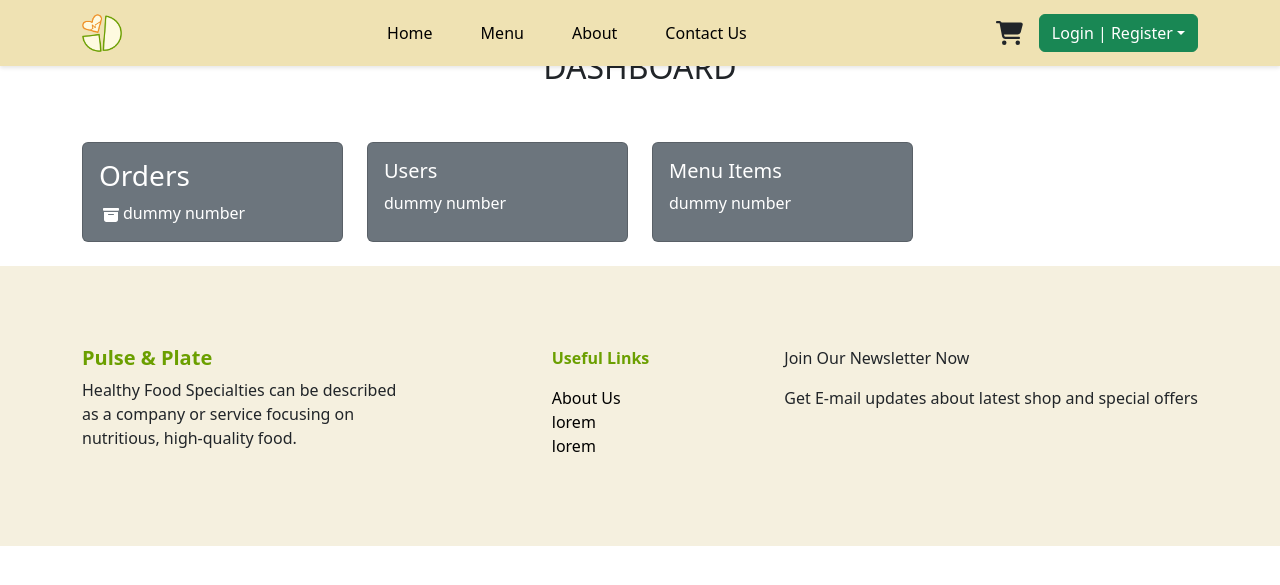
Repository: zeinawady/Pulse-and-Plate
Page: /dashboard
The author's editor kept a copy of each file at every save. The page is drawn from the files as they stood at one save, then again after a run of saves.
The browser window is 1280 px wide. The pictures show the whole page.
The project was rebuilt for these pictures with package versions that can differ from the ones it lists, and the page was loaded fresh each time. Also part of the build but not shown: src/components/Main/Main.css, src/components/Main/Main.js, src/components/Menu/MealCard.css, src/components/Menu/MealCard.js, src/components/Menu/Categories.css, src/components/Menu/Categories.js, src/components/Menu/Menu.css, src/components/Menu/Menu.js and 21 more.

Above is the page before, as saved 2025-05-15 18:49:29.

### public/index.html
<!DOCTYPE html>
<html lang="en">
  <head>
    <meta charset="utf-8" />
    <link rel="icon" href="%PUBLIC_URL%/images/logo-trans.png" />
    <meta name="viewport" content="width=device-width, initial-scale=1" />
    <meta name="theme-color" content="#000000" />
    <meta
      name="description"
      content="Web site created using create-react-app"
    />
    <link rel="apple-touch-icon" href="%PUBLIC_URL%/images/logo-trans.png" />
    <!--
      manifest.json provides metadata used when your web app is installed on a
      user's mobile device or desktop. See https://developers.google.com/web/fundamentals/web-app-manifest/
    -->
    <link rel="manifest" href="%PUBLIC_URL%/manifest.json" />
    <!--
      Notice the use of %PUBLIC_URL% in the tags above.
      It will be replaced with the URL of the `public` folder during the build.
      Only files inside the `public` folder can be referenced from the HTML.

      Unlike "/favicon.ico" or "favicon.ico", "%PUBLIC_URL%/favicon.ico" will
      work correctly both with client-side routing and a non-root public URL.
      Learn how to configure a non-root public URL by running `npm run build`.
    -->
    <title>Pulse And Plate</title>
  </head>
  <body>
    <noscript>You need to enable JavaScript to run this app.</noscript>
    <div id="root"></div>
    <!--
      This HTML file is a template.
      If you open it directly in the browser, you will see an empty page.

      You can add webfonts, meta tags, or analytics to this file.
      The build step will place the bundled scripts into the <body> tag.

      To begin the development, run `npm start` or `yarn start`.
      To create a production bundle, use `npm run build` or `yarn build`.
    -->
  </body>
</html>

### src/index.js
import React from 'react';
import ReactDOM from 'react-dom/client';
import './index.css';
import App from './App';
import reportWebVitals from './reportWebVitals';
import 'bootstrap/dist/css/bootstrap.min.css';
import '@fortawesome/fontawesome-free/css/all.min.css';
import 'bootstrap/dist/css/bootstrap.min.css';
import './fontAwesome';
import { BrowserRouter } from 'react-router-dom';

const root = ReactDOM.createRoot(document.getElementById('root'));
root.render(
  <React.StrictMode>
    <BrowserRouter>
      <App />
    </BrowserRouter>
  </React.StrictMode>
);

// If you want to start measuring performance in your app, pass a function
// to log results (for example: reportWebVitals(console.log))
// or send to an analytics endpoint. Learn more: https://bit.ly/CRA-vitals
reportWebVitals();

### src/App.js
import React from "react";
import "./App.css";
import Home from "./components/Home/Home";
import Footer from "./components/Footer/Footer";
import { Routes, Route } from "react-router-dom";

import Header from "./components/Header/Header";
import About from "./components/About/About";
import Menu from "./components/Menu/Menu";
import ContactUs from "./components/ContactUs/ContactUs";
import Login from "./components/Login/Login";
import SignUp from "./components/SignUp/SignUp";
import UserProfile from "./components/UserProfile/UserProfile";
import { UserProvider } from "./UserContext";
import ProductInfo from "./components/ProductInfo/ProductInfo";
import PaymentPage from "./components/PaymentPage/PaymentPage";
import AdminProfile from "./components/AdminProfile/AdminProfile";
import Dashboard from "./components/Dashboard/Dashboard";

function App() {
  return (
    <UserProvider>
      <div>
        <Header />
        <Routes>
          <Route path="/" element={<Home />} />
          <Route path="/home" element={<Home />} />
          <Route path="/about" element={<About />} />
          <Route path="/menu" element={<Menu />} />
          <Route path="/category" element={<Menu />} />
          <Route path="/login" element={<Login />} />
          <Route path="/register" element={<SignUp />} />
          <Route path="/userAccount" element={<UserProfile />} />
          <Route path="/contactus" element={<ContactUs />} />
          <Route path="/product-info" element={<ProductInfo />} />
          <Route path="/PaymentPage" element={<PaymentPage />} />
          <Route path="/admin-profile" element={<AdminProfile />} />
          <Route path="/dashboard" element={<Dashboard />} />
        </Routes>

        <Footer />
      </div>
    </UserProvider>
  );
}

export default App;

### src/fontAwesome.js
// src/fontAwesome.js
import { library } from '@fortawesome/fontawesome-svg-core';
import {
    faUser,
    faCartShopping,
    faHome,
    faEnvelope,
    faSearch,
    faConciergeBell,
     faPercent,
     faTruckFast,
     faCarrot,
    // Add any other icons you need here
} from '@fortawesome/free-solid-svg-icons';

// Add icons to the library
library.add(
    faUser,
    faCartShopping,
    faHome,
    faEnvelope,
    faSearch,
    faConciergeBell,
    faPercent,
    faTruckFast,
    faCarrot,

    // Add any other icons you need here
);

### src/App.css
@font-face {
  font-family: "Lato";
  src: url("../public/Fonts/Lato/Lato-Black.ttf") format("truetype");
}

:root {
  --primary-color: #6b9f00;
  --secondary-color: #ef9025;
  --light-color: hsl(47, 66%, 82%);
  --text-color: #000000;
  --font-family: "Lato", sans-serif;
  --sections-padding: 5rem;
}

body {
  margin: 0;
  padding: 0;
  border: none !important;
  outline: none !important;
  font-family: var(--font-family);
  font-weight: 500;
  -webkit-font-smoothing: antialiased;
  -moz-osx-font-smoothing: grayscale;
  background-color: #eee;

}
a{
  text-decoration: none;
}

### src/components/Footer/Footer.js
import "../../App";

import "./Footer.css";
import { Container } from "react-bootstrap";
import Button from "react-bootstrap/Button";
import { FontAwesomeIcon } from "@fortawesome/react-fontawesome";


export default function Footer() {
    return (
        <footer>
            <Container fluid="md">
            <div className="wrapper-footer">
                <div className="info">
                    <h5>Pulse & Plate</h5>
                    <p>Healthy Food Specialties can be described as a company or service focusing on nutritious, high-quality food. </p>
                </div>
                <div className="links">
                    <p >Useful Links</p>
                    <a href="#">About Us</a>
                    <a href="#">lorem</a>
                    <a href="#">lorem</a>
                </div>
                <div>
                    <p>Join Our Newsletter Now </p>
                    <p>Get E-mail updates about latest shop and special offers </p>
                </div>
            </div>
            </Container>
        </footer>
    );
}

### src/components/Header/Header.js
import React from 'react';
import './Header.css';
import '../../App';
import { Link, NavLink, useNavigate } from 'react-router-dom';
import { useUser } from "../../UserContext";

// React Bootstrap
import Container from 'react-bootstrap/Container';
import Nav from 'react-bootstrap/Nav';
import Navbar from 'react-bootstrap/Navbar';
import Dropdown from 'react-bootstrap/Dropdown';

// Font Awesome
import { FontAwesomeIcon } from '@fortawesome/react-fontawesome';
import { faCartShopping } from '@fortawesome/free-solid-svg-icons';

export default function Header() {
    const { user, setUser } = useUser();
    const navigate = useNavigate();

    const handleLogout = () => {
        navigate('/login');
        localStorage.removeItem("user");
        localStorage.removeItem("token");
        setUser(null);
    };

    return (
        <Navbar expand="md" className="fixed-top">
            <Container fluid="md">
                <Navbar.Brand as={Link} to="/home">
                    <img
                        src="/images/logo-trans.png"
                        width="40"
                        height="40"
                        className="d-inline-block align-top"
                        alt="React Bootstrap logo"
                    />
                </Navbar.Brand>

                <Navbar.Toggle aria-controls="basic-navbar-nav" />
                <Navbar.Collapse id="basic-navbar-nav">
                    <Nav className="me-auto ms-auto">
                        <Nav.Link as={NavLink} to="/home">Home</Nav.Link>
                        <Nav.Link as={NavLink} to="/menu">Menu</Nav.Link>
                        <Nav.Link as={NavLink} to="/about">About</Nav.Link>
                        <Nav.Link as={NavLink} to="/contactus">Contact Us</Nav.Link>
                    </Nav>

                    <div className="icons d-flex align-items-center gap-3">
                        <FontAwesomeIcon icon={faCartShopping} size="lg" />

                        <Dropdown align="end">
                            <Dropdown.Toggle variant="success" id="dropdown-user">
                                {user?.name ? user.name.split(" ")[0] : "Login | Register"}
                            </Dropdown.Toggle>

                            <Dropdown.Menu>
                                {user?.name ? (
                                    <>
                                        <Dropdown.Item as={Link} to="/userAccount">Profile</Dropdown.Item>
                                        <Dropdown.Item onClick={handleLogout}>Logout</Dropdown.Item>
                                    </>
                                ) : (
                                    <>
                                        <Dropdown.Item as={Link} to="/login">Login</Dropdown.Item>
                                        <Dropdown.Item as={Link} to="/register">Register</Dropdown.Item>
                                    </>
                                )}
                            </Dropdown.Menu>
                        </Dropdown>
                    </div>
                </Navbar.Collapse>
            </Container>
        </Navbar>
    );
}

### src/UserContext.jsx
import { createContext, useContext, useState } from 'react';

const UserContext = createContext();

export function UserProvider({ children }) {
  const [user, setUser] = useState(() => {
    const stored = localStorage.getItem('user');
    return stored ? JSON.parse(stored) : null;
  });

  const updateUser = (updatedUser) => {
    localStorage.setItem('user', JSON.stringify(updatedUser));
    setUser(updatedUser);
  };

  return (
    <UserContext.Provider value={{ user, setUser: updateUser }}>
      {children}
    </UserContext.Provider>
  );
}

export function useUser() {
    return useContext(UserContext);
}

### src/components/Dashboard/Dashboard.js
import React from "react";
import "../../App";
import "./Dashboard.css";
import {BsFillArchiveFill } from "react-icons/bs";
export default function Dashboard() {
  return (
    <div className="main-container container">
      <h2 className="text-center p-5">DASHBOARD</h2>

      <div className="row g-4 mb-4">

        <div className="col-md-3 col-sm-6">
          <div className="card text-white bg-secondary h-100">
            <div className="card-body">
              <div className="card-inner">
              <h3 className="card-title">Orders</h3>

              <span className='card_icon mx-1'><BsFillArchiveFill /></span>

                dummy number
                </div>
            </div>
          </div>
        </div>
        <div className="col-md-3 col-sm-6">
          <div className="card text-white bg-secondary h-100">
            <div className="card-body">
              <h5 className="card-title">Users</h5>
              <p className="card-text">dummy number</p>
            </div>
          </div>
        </div>

        <div className="col-md-3 col-sm-6">
          <div className="card text-white bg-secondary h-100">
            <div className="card-body">
              <h5 className="card-title">Menu Items</h5>
              <p className="card-text">dummy number</p>
            </div>
          </div>
        </div>

      </div>
    </div>
  );
}

### src/components/Footer/Footer.css
footer{
    background-color: hsla(47, 53%, 90%, 0.822);
    padding-block-start: var(--sections-padding);
    padding-block-end: var(--sections-padding);
}
.wrapper-footer{
    display: flex;
    justify-content: space-between;

}
.wrapper-footer .info{
  width: 30%;

}
.wrapper-footer .info h5{
    color: var(--primary-color);
    font-weight: 700;
}
.links>p:first-child{
font-weight: 700;
color: var(--primary-color);

}
.links{
    display: flex;
    flex-direction: column;
}
.links a{
    text-decoration: none;
    color: var(--text-color);
}
@media (max-width: 767px) {
    .wrapper-footer{
       flex-direction: column;
    }
    .wrapper-footer .info{
        width: 100%;
      }

}

### src/components/Header/Header.css
.navbar {
    box-shadow: 0 2px 4px rgba(0, 0, 0, 0.1);
    /* background-color: rgba(254, 250, 225, 0.3);
     */
     background-color: var(--light-color);
     z-index: 100;
}

.navbar-nav .nav-link,
.dropdown-menu .dropdown-item {
    color: var(--text-color);
}


/* * --> all children */
.navbar .nav-link {
    padding: 0 1.5rem !important;
    text-align: center;
}

@media (max-width: 767px) {
    .navbar .nav-link {
        padding: 0.5rem 0 !important;
    }

    .icons>svg {
        padding-top: 0.5rem;
        margin: auto;
        font-size: 1.25rem;
    }
}

.icons {
    display: flex;
    gap: 1.5rem;
}

.icons svg {
    font-size: 1.5rem;
}

.navbar-toggler {
    border: none !important;
}

.navbar-toggler:focus {
    box-shadow: none !important;
}

@media (max-width: 767px) {

    /* .navbar .dropdown-menu {
                position: absolute !important;
                top: 80% !important;
                left: 35% !important;
                background-color: var(--light-color);
                right: 0;
                width: 100%;
                z-index: 1050;
            } */
    .navbar-nav {
        .dropdown-menu {
            width: 50%;
            margin: auto;
            text-align: center;
        }

        /* .dropdown-menu[data-bs-popper] {
            top: 100%;
            left: 50%;
            transform: translateX(-50%);
        } */

        /* .nav-item,
        .nav-link {
            text-align: center;
        } */
    }
}

@media (max-width: 441px) {
    .navbar-nav {
        .dropdown-menu {
            width: 35%;
        }
    }
}

### src/components/PaymentPage/PaymentPage.css
:root {
    --primary-color: #6b9f00;
    --secondary-color: #ef9025;
    --light-color: #efe2b3;
    --secondary-light-color: #FDFAE0;
    --text-color: #000000;
    --font-family: "Lato", sans-serif;
    --sections-padding: 5rem;
    --section-margin: 60px;
    /* This variable can be used or adjusted for header height */
}

body {
    margin: 0;
    padding: 0;
    border: none !important;
    outline: none !important;
    font-family: var(--font-family);
    font-weight: 500;
    -webkit-font-smoothing: antialiased;
    -moz-osx-font-smoothing: grayscale;
    background-color: #eee;
    color: var(--text-color);
}

.payment-page a {
    text-decoration: none;
    color: var(--primary-color);
}


/* Main container */
.payment-page.container {
    max-width: 960px;
    margin: 100px;
    padding: var(--sections-padding) 30px;
    background-color: var(--secondary-light-color);
    border-radius: 10px;
    box-shadow: 0 4px 15px rgba(107, 159, 0, 0.3);

}

/* Card style */
.payment-page .card {
    background: var(--light-color);
    border-radius: 12px;
    box-shadow: 0 6px 20px rgba(0, 0, 0, 0.1);
    padding: 30px;
    margin-bottom: 30px;
}

/* Card header */
.payment-page .card-header {
    font-weight: 700;
    font-size: 1.5rem;
    color: var(--primary-color);
    border-bottom: 3px solid var(--secondary-color);
    padding-bottom: 15px;
    margin-bottom: 25px;
}

/* Order Summary Items */
.payment-page .card-body>div.d-flex {
    font-size: 1.1rem;
    justify-content: space-between;
    padding: 8px 0;
    border-bottom: 1px solid var(--secondary-light-color);
}

.payment-page .card-body>hr+div {
    font-weight: 700;
    font-size: 1.25rem;
    color: var(--primary-color);
    padding-top: 10px;
}

/* Form headings */
.payment-page h4,
.payment-page h5 {
    color: var(--primary-color);
    margin-bottom: 20px;
    font-weight: 700;
}

/* Form labels */
.payment-page .form-label {
    font-weight: 600;
    color: var(--text-color);
}

/* Input fields */
.payment-page .form-control {
    border-radius: 8px;
    border: 2px solid var(--primary-color);
    padding: 10px 15px;
    font-family: var(--font-family);
    font-weight: 500;
    font-size: 1rem;
    transition: border-color 0.3s ease;
    color: var(--text-color);
    background-color: #fff;
}

.payment-page .form-control:focus {
    border-color: var(--secondary-color) !important;
    box-shadow: 0 0 8px var(--secondary-color) !important;
    outline: none;
}

/* Validation feedback */
.payment-page .is-invalid {
    border-color: #dc3545 !important;
}

.payment-page .is-invalid:focus {
    box-shadow: 0 0 8px rgba(220, 53, 69, 0.5);
}

.payment-page .invalid-feedback {
    font-size: 0.9rem;
    color: #dc3545;
    margin-top: 6px;
}

/* Radio buttons */
.payment-page .form-check-label {
    font-size: 1rem;
    color: var(--text-color);
}


.payment-page button:hover {
    background-color: var(--secondary-color);
}

/* Submit button - This existing style will override the general button style for submit buttons where properties differ */
.payment-page button[type="submit"] {
    background-color: var(--primary-color);
    /* This is fine, can be more specific if needed */
    border: none;
    color: white;
    font-weight: 700;
    /* Specific to submit */
    padding: 14px 32px;
    /* Specific to submit */
    border-radius: 8px;
    cursor: pointer;
    font-size: 1.1rem;
    /* Specific to submit */
    transition: background-color 0.3s ease;
    box-shadow: 0 5px 15px rgba(107, 159, 0, 0.2);
    /* Specific to submit */
}

.payment-page button[type="submit"]:hover {
    background-color: var(--secondary-color);
    box-shadow: 0 6px 20px rgba(239, 144, 37, 0.3);
    /* Specific to submit */
}

/* Responsive */
@media (max-width: 768px) {
    .payment-page.container {
        padding: 3rem 15px;
        margin-top: 60px;
        /* Adjusted margin for smaller screens if header is smaller or fixed differently */
    }

        .payment-page .row>div {
        margin-bottom: 25px;
    }
}

Loaded but not shown: src/index.css (common file); src/reportWebVitals.js (common file)

After the next 3 saves:
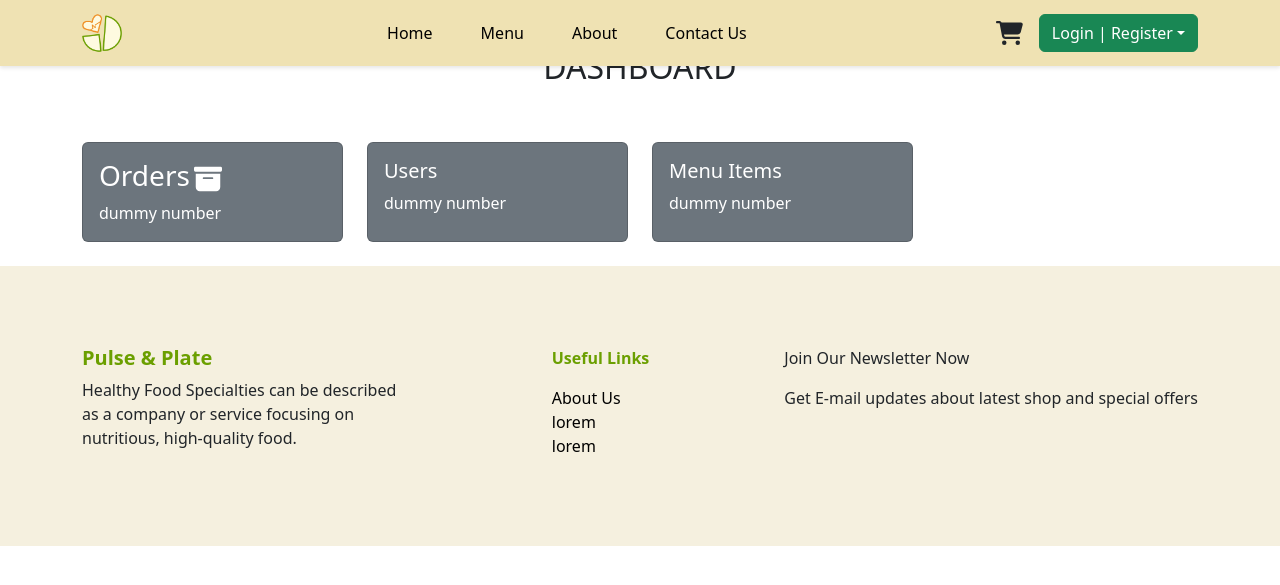
The 3 saves are shown as one change because they came seconds apart.
The last was saved 55 s later.
--- a/src/components/Dashboard/Dashboard.js
+++ b/src/components/Dashboard/Dashboard.js
@@ -1,24 +1,25 @@
 import React from "react";
 import "../../App";
 import "./Dashboard.css";
-import {BsFillArchiveFill } from "react-icons/bs";
+import { BsFillArchiveFill } from "react-icons/bs";
 export default function Dashboard() {
   return (
     <div className="main-container container">
       <h2 className="text-center p-5">DASHBOARD</h2>
 
       <div className="row g-4 mb-4">
-
         <div className="col-md-3 col-sm-6">
           <div className="card text-white bg-secondary h-100">
             <div className="card-body">
               <div className="card-inner">
-              <h3 className="card-title">Orders</h3>
-
-              <span className='card_icon mx-1'><BsFillArchiveFill /></span>
-
+                <h3 className="card-title">
+                  Orders
+                  <span className="card_icon mx-1">
+                    <BsFillArchiveFill />
+                  </span>
+                </h3>
                 dummy number
-                </div>
+              </div>
             </div>
           </div>
         </div>
@@ -39,7 +40,6 @@ export default function Dashboard() {
             </div>
           </div>
         </div>
-
       </div>
     </div>
   );
